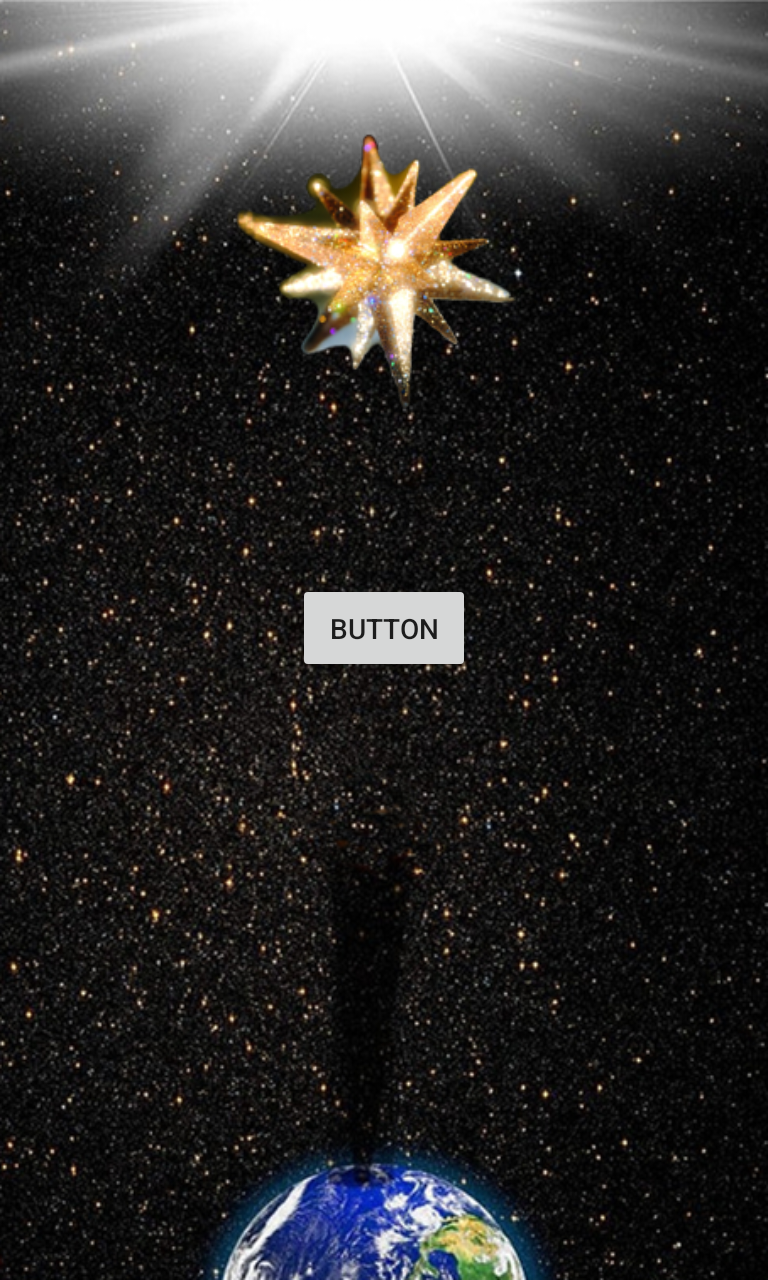
Repository: xianyun2014/StarPoint
Layout: game/res/layout/activity_main.xml
An editor plug-in stored every save of this project. The layout is shown before and after the next save, followed by the edit.
It is drawn on a 768 x 1280 px phone screen (xhdpi) without system bars, with theme AppTheme; the app's code is not run.

Above is the layout before, as saved 2014-11-14 07:25:06.

After the next save:
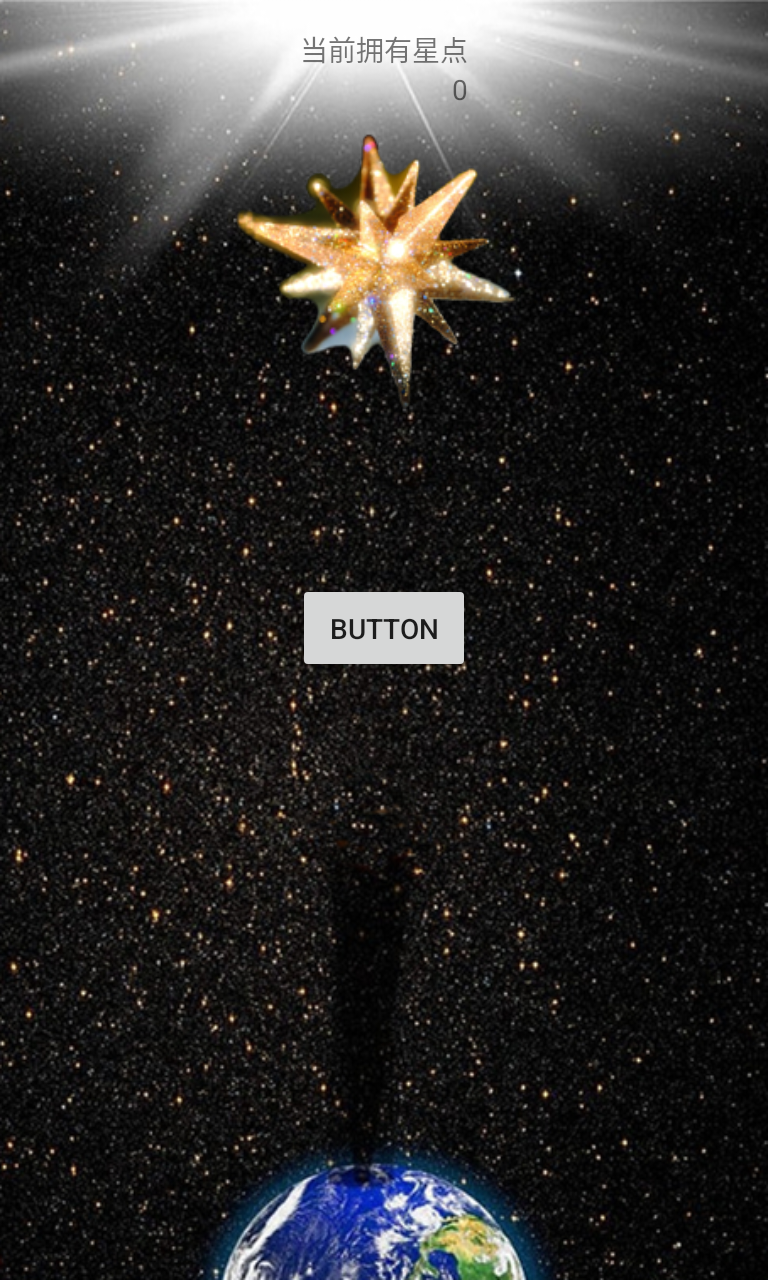
Saved 2 min 4 s later.
--- a/game/res/layout/activity_main.xml
+++ b/game/res/layout/activity_main.xml
@@ -31,4 +31,21 @@
         android:layout_marginTop="86dp"
         android:text="Button" />
 
+    <TextView
+        android:id="@+id/textView1"
+        android:layout_width="wrap_content"
+        android:layout_height="wrap_content"
+        android:layout_alignParentTop="true"
+        android:layout_centerHorizontal="true"
+        android:layout_marginTop="14dp"
+        android:text="@string/cur_star" />
+
+    <TextView
+        android:id="@+id/textView2"
+        android:layout_width="wrap_content"
+        android:layout_height="wrap_content"
+        android:layout_alignRight="@+id/textView1"
+        android:layout_below="@+id/textView1"
+        android:text="0" />
+
 </RelativeLayout>
